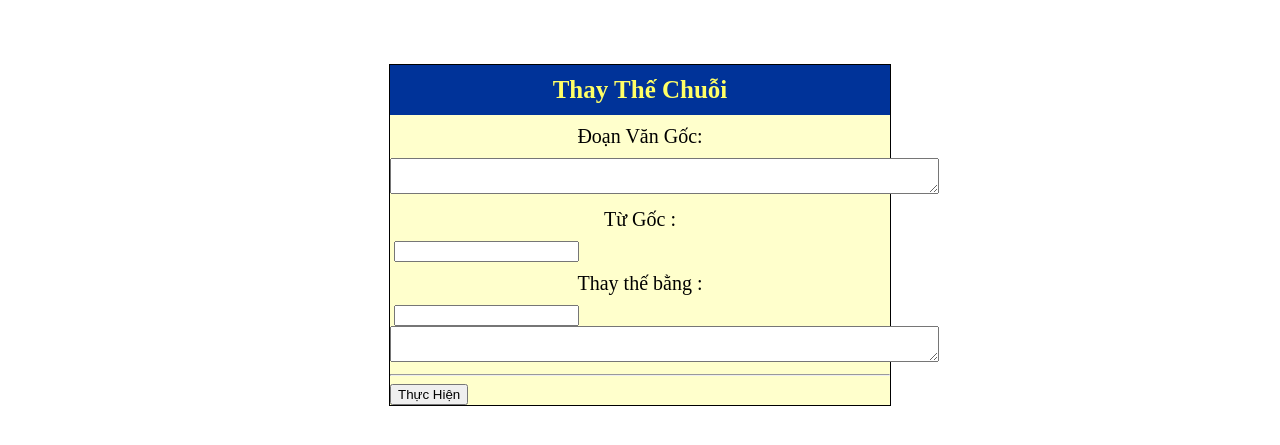
Repository: leducnam1805/jspd3
Page: http://localhost/baiTap/bai4/replace.jsp
The author's editor kept a copy of each file at every save. The page is drawn from the files as they stood at one save, then again after the next save.
The browser window is 1280 px wide. The pictures show the whole page.
The page is served by Tomcat 9.

Above is the page before, as saved 2020-06-27 13:52:06.

After the next save:
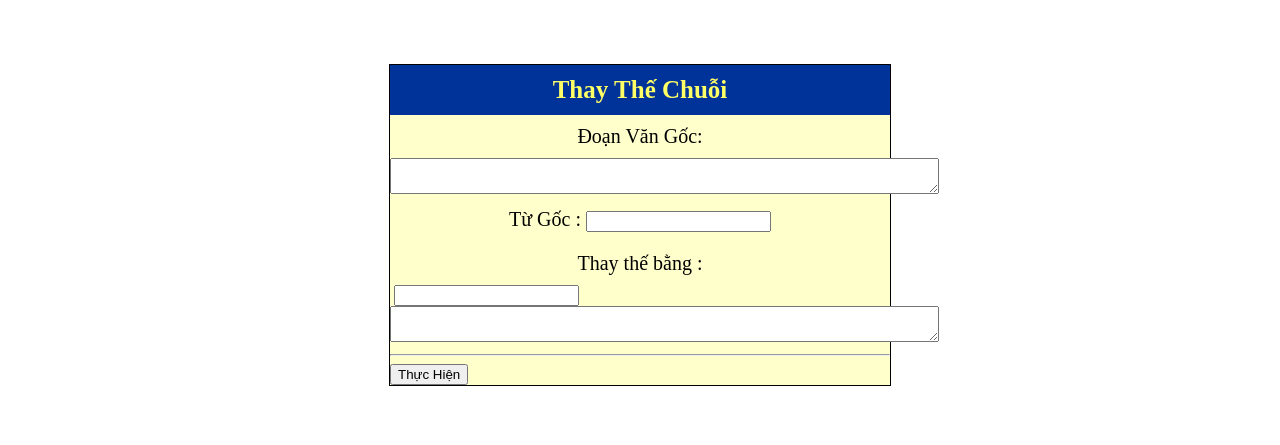
Saved 31 s later.
--- a/JspServletD3/baiTap/WebContent/bai4/replace.jsp
+++ b/JspServletD3/baiTap/WebContent/bai4/replace.jsp
@@ -58,7 +58,7 @@ form p {
 			<p>Đoạn Văn Gốc:</p>
 			<textarea rows="2" cols="66"></textarea>
 			<div class="label-input">
-				<label> <p>Từ Gốc :</p>&nbsp;<input type="text" /></label> <label>
+				<label> <p>Từ Gốc :&nbsp;<input type="text" /></p></label> <label>
 					<p>Thay thế bằng :</p>&nbsp;<input type="text" />
 				</label>
 			</div>
